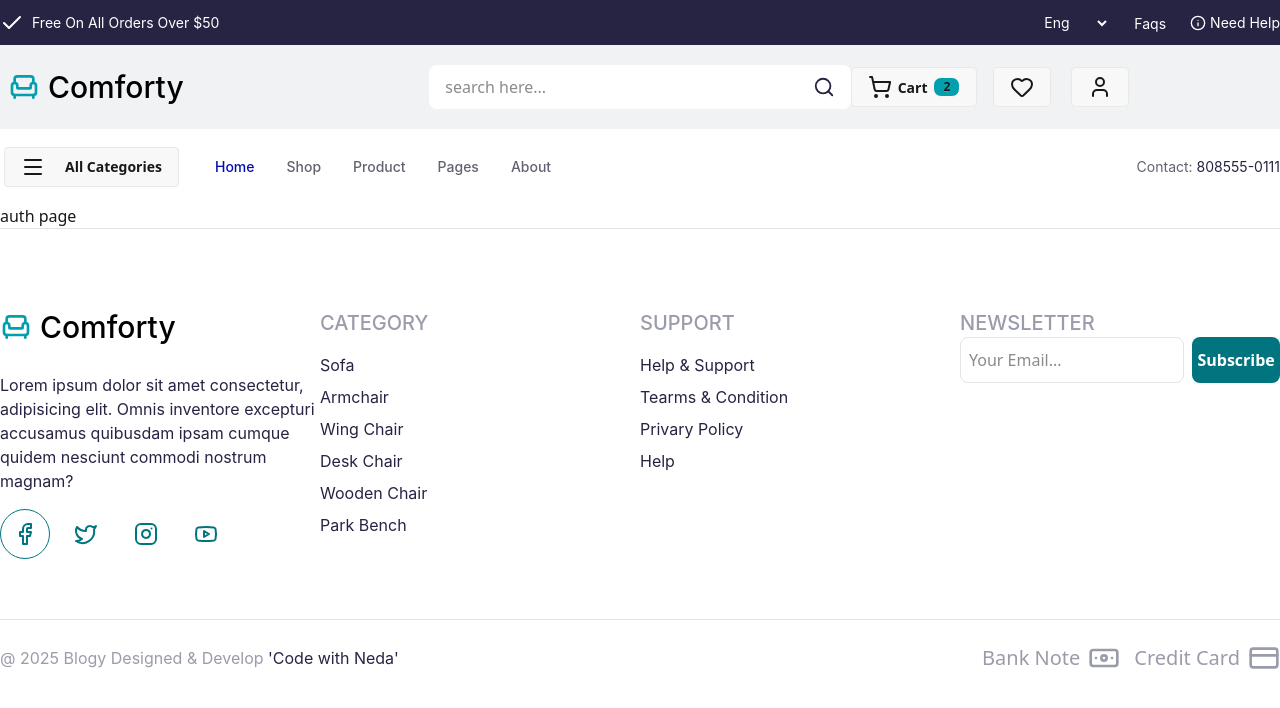
Repository: Neda0o0/store-template-website
Page: /auth
These files come from the project's save history. The page is drawn as it stood at one moment and after the next save; the edit follows.
The browser window is 1280 px wide. The pictures show the whole page.
The project was rebuilt for these pictures with package versions that can differ from the ones it lists, and the page was loaded fresh each time. Also part of the build but not shown: vite.config.js, src/components/Banner/Banner.jsx, src/components/Delivery/Delivery.jsx, src/components/Brand/Brand.jsx, src/components/SectionTitle/SectionTitle.jsx, src/components/Features/Features.jsx, src/components/Categories/Categories.jsx, src/components/Product/Product.jsx and 7 more.

Above is the page before, as saved 2025-10-27 17:29:42.

### index.html
<!DOCTYPE html>
<html lang="en">
  <head>
    <meta charset="UTF-8" />
    <link rel="icon" type="image/svg+xml" href="/vite.svg" />
    <meta name="viewport" content="width=device-width, initial-scale=1.0" />
    <title>new-project</title>
  </head>
  <body>
    <div id="root"></div>
    <script type="module" src="/src/main.jsx"></script>
  </body>
</html>

### src/main.jsx
import { StrictMode } from "react";
import { createRoot } from "react-dom/client";
import MainLayout from "./MainLayout/MainLayout";
import "./index.css";

createRoot(document.getElementById("root")).render(
  <StrictMode>
    <MainLayout />
  </StrictMode>
);

### src/MainLayout/MainLayout.jsx
import { BrowserRouter, Route, Routes } from "react-router";
import Navbar from "../components/Navbar/Navbar";
import Home from "../Pages/Home/Home";
import Auth from "../Pages/Auth/Auth";
import Login from "../Pages/Auth/Login/Login";
import Register from "../Pages/Auth/Register/Register";
import Error from "../Pages/Error/Error";
import AuthCheck from "../AuthCheck/AuthCheck";
import Footer from "../components/Footer/Footer";

const MainLayout = () => {
  return (
    <BrowserRouter>
      {/* Navbar */}
      <Navbar />
      <Routes>
        <Route
          path="/"
          element={
            <AuthCheck>
              <Home />
            </AuthCheck>
          }
        />
        <Route path="auth" element={<Auth />}>
          <Route path="login" element={<Login />} />
          <Route path="register" element={<Register />} />
        </Route>
        {/* not found routes */}
        <Route path="*" element={<Error />} />
      </Routes>
      {/* footer component */}
      <Footer />
    </BrowserRouter>
  );
};
export default MainLayout;

### src/index.css
@import "tailwindcss";
@plugin "daisyui";

/* google font inter */
@import url("https://fonts.googleapis.com/css2?family=Inter:ital,opsz,wght@0,14..32,100..900;1,14..32,100..900&display=swap");

@theme {
  --font-inter: "Inter", sans-serif;
}

.banner_slide_item {
  display: flex !important;
  justify-content: space-between;
  align-items: center;
  gap: 7.5rem;
}

.banner_image {
  position: relative;
}
.banner_image::before {
  content: "";
  position: absolute;
  top: 0;
  right: 0;
  max-width: 747px;
  width: 100%;
  min-height: 747px;
  height: 100%;
  background-color: #e1e3e5;
  border-radius: 100%;
  z-index: -1;
}
.slider_container > .slick-slider > .slick-prev,
.slider_container > .slick-slider > .slick-next {
  z-index: 5 !important;
}
.slick-prev {
  left: -40px;
}
.slick-next {
  right: 0.25px;
}
.slider_container > .slick-slider > .slick-prev:before,
.slider_container > .slick-slider > .slick-next:before {
  font-family: "slick";
  font-size: 50px !important;
  line-height: 1;
  opacity: 0.75;
  color: #007580 !important;
  -webkit-font-smoothing: antialiased;
  -moz-osx-font-smoothing: grayscale;
}
.slider_container > .slick-slider > .slick-dots {
  position: absolute;
  bottom: 100px !important;
  display: block;
  width: 100%;
  padding: 0;
  margin: 0;
  list-style: none;
  text-align: center;
}
.slider_container > .slick-slider > .slick-dots li button:before {
  font-family: "slick";
  font-size: 22px !important;
  line-height: 20px;
  position: absolute;
  top: 0;
  left: 0;
  width: 20px;
  height: 20px;
  text-align: center;
  opacity: 0.25;
  color: black;
  -webkit-font-smoothing: antialiased;
  -moz-osx-font-smoothing: grayscale;
}
.slider_container
  > .slick-slider
  > .slick-dots
  > li.slick-active
  button:before {
  color: #007580 !important;
}
.delivery_component {
  margin-top: -4rem;
  position: relative;
  z-index: 5;
}

.features_slider
  > .slick-slider
  > .slick-prev:before
  > .features_slider
  > .slick-slider
  > .slick-next:before {
  font-size: 39px !important;
  color: #007580;
}

.client_say_description {
  position: relative;
}
.client_say_description::before {
  position: absolute;
  content: "";
  top: 0;
  left: -27px;
  width: 3px;
  height: 100%;
  background-color: #007580;
}

### src/components/Navbar/Navbar.jsx
import {
  Armchair,
  Check,
  Info,
  Search,
  ShoppingCart,
  Heart,
  User,
  Menu,
} from "lucide-react";
import { Link, NavLink } from "react-router-dom";

const Navbar = () => {
  return (
    <div>
      {/* navbar top */}
      <div className="navbar_top flex items-center justify-center bg-[#272343] w-full h-[45px]">
        <div className="lg:container flex justify-between items-center">
          <p className="flex items-center gap-2 text-sm font-inter font-normal text-white capitalize">
            <Check />
            Free on all orders over $50
          </p>
          <div className="navbar_top_right flex items-center gap-6">
            <select
              defaultValue="Server location"
              className=" bg-none h-[30px] w-[70px] text-sm font-inter font-normal capitalize text-white"
            >
              <option>Eng</option>
              <option>Farsi</option>
            </select>
            <button>
              <Link className="text-sm text-white font-inter font-normal capitalize ">
                Faqs
              </Link>
            </button>
            <button>
              <Link className="flex items-center gap-1 text-sm  text-white font-inter font-normal capitalize">
                <Info size={16} />
                Need help
              </Link>
            </button>
          </div>
        </div>
      </div>
      {/* navbar middle */}
      <div className="navbar middle flex items-center justify-center bg-[#f0f2f3] w-full h-[84px]">
        <div className="lg:container grid grid-cols-3 items-center">
          <div className="logo_wrapper">
            <Link
              to="/"
              className="text-3xl text-black font-inter font-medium capitalize flex items-center gap-2"
            >
              <Armchair size="2rem" color="#029fae" /> Comforty
            </Link>
          </div>
          <div className="search_box">
            <form action="#" className="max-w-[443px] h-[44px] relative">
              <input
                type="text"
                placeholder="search here..."
                className=" max-w-[443px] w-full h-full bg-white rounded-lg pl-4 "
              />
              <button className="absolute to-50% right-4 translate-y-1/2">
                <Search size="22px" color="#272343" />
              </button>
            </form>
          </div>
          {/* navbar middle right */}
          <div className="navbar_middle_right flex items-center gap-4">
            <button className="btn capitalize">
              <ShoppingCart /> cart
              <div className="badge badge-sm bg-[#029fae]">2</div>
            </button>
            <button className="btn capitalize">
              <Heart />
            </button>

            <div className="dropdown">
              <div tabIndex={0} role="button" className="btn m-1">
                <User />
              </div>
              <ul
                tabIndex="-1"
                className="dropdown-content menu bg-base-100 rounded-box z-1 w-52 p-2 shadow-sm"
              >
                <li>
                  <Link>Account</Link>
                </li>
                <li>
                  <Link>Logout</Link>
                </li>
              </ul>
            </div>
          </div>
        </div>
      </div>

      {/* navbar bottom */}
      <div className="navbar_bottom flex items-center justify-center w-full h-[75px] bg-white border-[#ele3e5]">
        <div className="lg:container flex items-center justify-between">
          <div className="navbar_bottom_left flex items-center gap-8">
            <div className="dropdown dropdown-start">
              <div
                tabIndex={0}
                role="button"
                className="btn m-1 flex items-center gap-5 capitalize"
              >
                <Menu /> all categories
              </div>
              <ul
                tabIndex="-1"
                className="dropdown-content menu bg-base-100 rounded-box z-1 w-52 p-2 shadow-sm"
              >
                <li>
                  <a>Chair</a>
                </li>
                <li>
                  <a>Pant</a>
                </li>
                <li>
                  <a>Shirt</a>
                </li>
                <li>
                  <a>T-shirt</a>
                </li>
              </ul>
            </div>
            <nav className="flex items-center gap-8">
              <NavLink
                to="/"
                className="text-sm text-[#020fae] font-inter font-medium capitalize"
              >
                Home
              </NavLink>
              <NavLink className="text-sm text-[#636270] font-inter font-medium capitalize">
                shop
              </NavLink>
              <NavLink className="text-sm text-[#636270] font-inter font-medium capitalize">
                product
              </NavLink>
              <NavLink className="text-sm text-[#636270] font-inter font-medium capitalize">
                pages
              </NavLink>
              <NavLink className="text-sm text-[#636270] font-inter font-medium capitalize">
                about
              </NavLink>
            </nav>
          </div>

          <div className="navbar_bottom_right">
            <p className="text-sm text-[#636270] font-inter font-normal capitalize">
              contact: <span className="text-[#272343]">{808}555-0111</span>
            </p>
          </div>
        </div>
      </div>
    </div>
  );
};
export default Navbar;

### src/Pages/Auth/Auth.jsx
import { Outlet } from "react-router";

const Auth = () => {
  return (
    <div>
      auth page
      <Outlet />
    </div>
  );
};
export default Auth;

### src/components/Footer/Footer.jsx
import {
  Armchair,
  Banknote,
  CreditCard,
  Facebook,
  Instagram,
  Twitter,
  Youtube,
} from "lucide-react";
import { Link } from "react-router";

const Footer = () => {
  return (
    <footer>
      <div className="footer_top mx-h-[343px] w-full border-t border-b border-[#e1e3e5] pt-[80px] pb-[60px]">
        <div className="lg:container mx-auto">
          <div className="grid grid-cols-4">
            <div>
              {/* logo wrapper */}
              <div className="logo_wrapper mb-7">
                <Link
                  to="/"
                  className="text-3xl text-black font-inter font-medium capitalize flex items-center gap-2"
                >
                  <Armchair size="2rem" color="#029fae" /> Comforty
                </Link>
              </div>

              <p className="text-base text-[#272343] font-inter font-normal mb-4 max-w-[350px]">
                Lorem ipsum dolor sit amet consectetur, adipisicing elit. Omnis
                inventore excepturi accusamus quibusdam ipsam cumque quidem
                nesciunt commodi nostrum magnam?
              </p>
              <div className="footer_social flex items-center gap-3">
                <Link className="p-3 rounded-full border-[#007580] inline-block border-[1px]">
                  <Facebook size="1.5rem" color="#007580" />
                </Link>
                <Link className="p-3 inline-block">
                  <Twitter size="1.5rem" color="#007580" />
                </Link>
                <Link className="p-3 inline-block">
                  <Instagram size="1.5rem" color="#007580" />
                </Link>
                <Link className="p-3 inline-block">
                  <Youtube size="1.5rem" color="#007580" />
                </Link>
              </div>
            </div>

            <div className="footer_wrapper">
              <h3 className="text-xl text-[#9a9caa] font-inter font-medium capitalize uppercase">
                category
              </h3>
              <ul className="space-y-2 mt-4">
                <li>
                  <Link className="text-base text-[#272343] font-inter font-normal capitalize">
                    sofa
                  </Link>
                </li>
                <li>
                  <Link className="text-base text-[#272343] font-inter font-normal capitalize">
                    armchair
                  </Link>
                </li>
                <li>
                  <Link className="text-base text-[#272343] font-inter font-normal capitalize">
                    wing chair
                  </Link>
                </li>
                <li>
                  <Link className="text-base text-[#272343] font-inter font-normal capitalize">
                    desk chair
                  </Link>
                </li>
                <li>
                  <Link className="text-base text-[#272343] font-inter font-normal capitalize">
                    wooden chair
                  </Link>
                </li>
                <li>
                  <Link className="text-base text-[#272343] font-inter font-normal capitalize">
                    park bench
                  </Link>
                </li>
              </ul>
            </div>
            <div className="footer_wrapper">
              <h3 className="text-xl text-[#9a9caa] font-inter font-medium uppercase">
                support
              </h3>
              <ul className="space-y-2 mt-4">
                <li>
                  <Link className="text-base text-[#272343] font-inter font-normal capitalize">
                    help & support
                  </Link>
                </li>
                <li>
                  <Link className="text-base text-[#272343] font-inter font-normal capitalize">
                    tearms & condition
                  </Link>
                </li>
                <li>
                  <Link className="text-base text-[#272343] font-inter font-normal capitalize">
                    privary policy
                  </Link>
                </li>
                <li>
                  <Link className="text-base text-[#272343] font-inter font-normal capitalize">
                    help
                  </Link>
                </li>
              </ul>
            </div>
            <div className="newsletter">
              <h3 className="text-xl text-[#9a9caa] font-inter font-medium uppercase">
                newsletter
              </h3>
              <form
                action="#"
                className="gap-2 flex items-center max-w-[424px] w-full"
              >
                <input
                  type="email"
                  placeholder="Your Email..."
                  className="max-w-[285px] pl-2 w-full border-[#e1e3e5] border-[1px] rounded-lg h-[46px]"
                />
                <button
                  type="submit"
                  className="cursor-pointer text-base text-white font-semibold capitalize w-[127px] h-[46px] bg-[#007580] rounded-lg"
                >
                  Subscribe
                </button>
              </form>
            </div>
          </div>
        </div>
      </div>

      <div className="footer_bottom w-full h-[75px] flex items-center">
        <div className="lg:container mx-auto">
          <div className="flex items-center justify-between ">
            <div>
              <p className="text-base text-[#9a9caa] font-inter font-normal">
                @ 2025 Blogy Designed & Develop
                <span className="text-[#272343] "> 'Code with Neda'</span>
              </p>
            </div>
            <div className="flex items-center gap-3.5">
              <p className="flex items-center gap-2 text-[#9a9caa] text-xl">
                Bank Note
                <Banknote size="2rem" />
              </p>
              <p className="flex items-center gap-2 text-[#9a9caa] text-xl">
                Credit Card
                <CreditCard size="2rem" />
              </p>
            </div>
          </div>
        </div>
      </div>
    </footer>
  );
};
export default Footer;

After the next save:
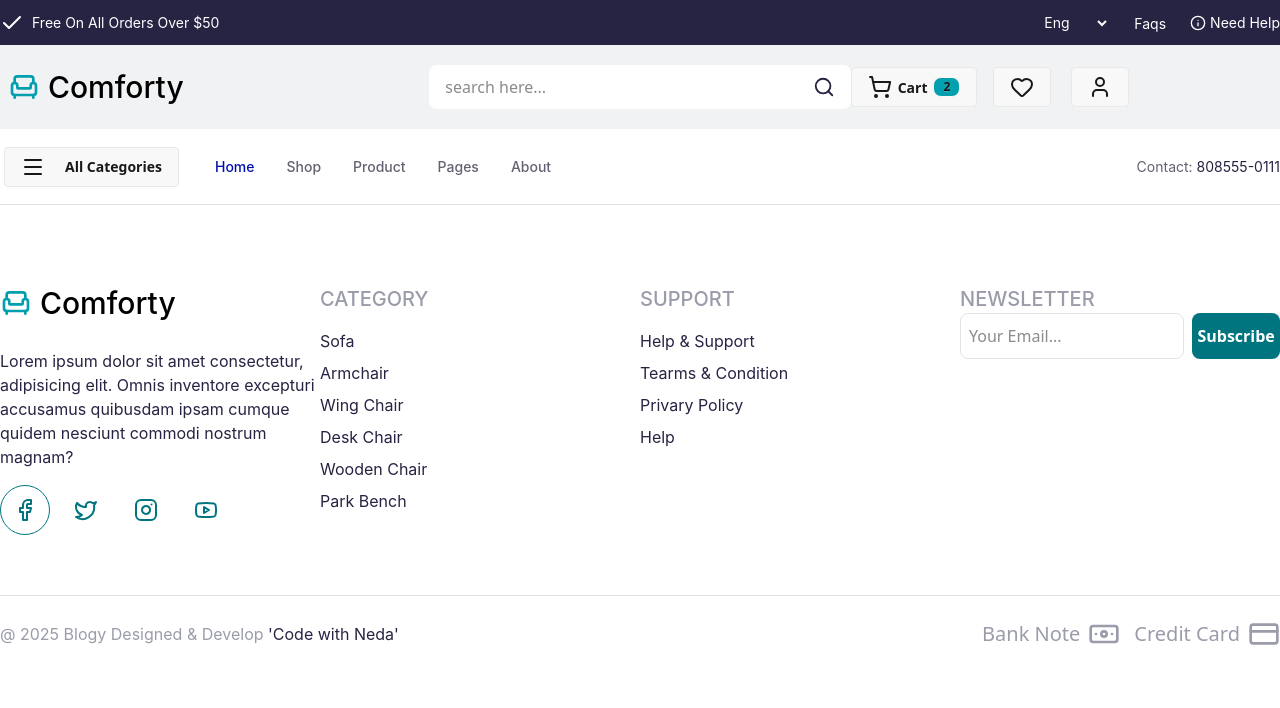
Saved 2 min 7 s later.
--- a/src/Pages/Auth/Auth.jsx
+++ b/src/Pages/Auth/Auth.jsx
@@ -3,7 +3,6 @@ import { Outlet } from "react-router";
 const Auth = () => {
   return (
     <div>
-      auth page
       <Outlet />
     </div>
   );
